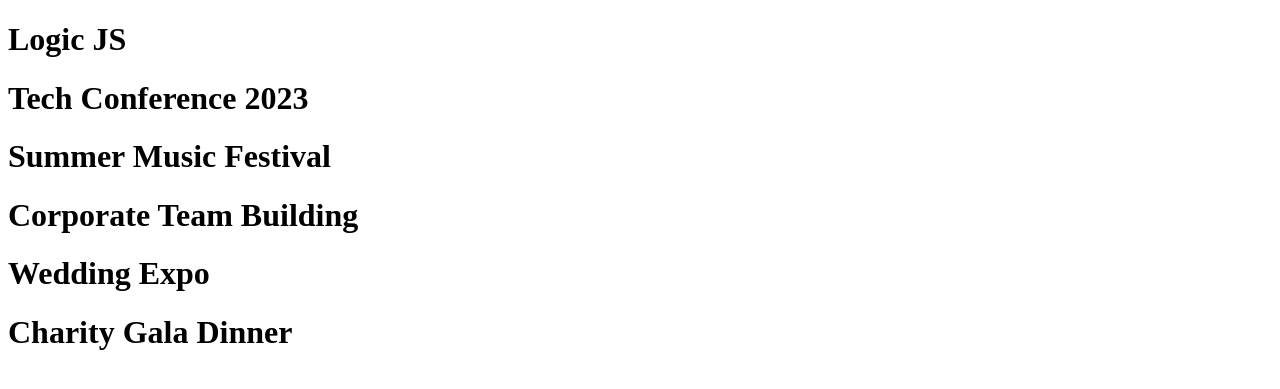
Repository: SharonSebastian32/food-search-filter-
Page: index.html
An editor plug-in stored every save of this project. The page is shown before and after a run of saves, followed by the edit.
The browser window is 1280 px wide. The pictures show the whole page.

Above is the page before, as saved 2024-10-11 10:46:03.

After the next 2 saves:
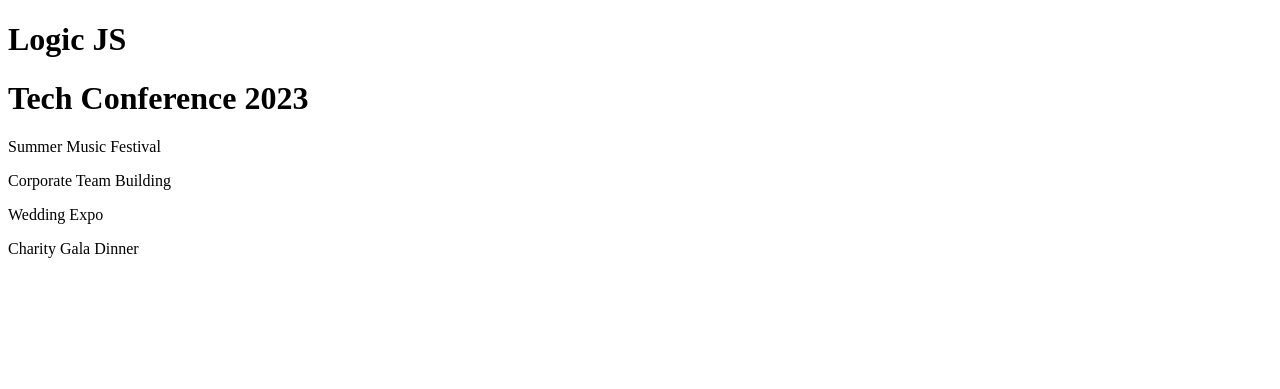
The 2 saves are shown as one change because they came seconds apart.
The last was saved 23 s later.
--- a/index.js
+++ b/index.js
@@ -46,6 +46,7 @@ let flutter = "";
 
 events.forEach(function (ev) {
   flutter += `<h1>${ev.name}</h1>
+   <P
 `;
 });
 
